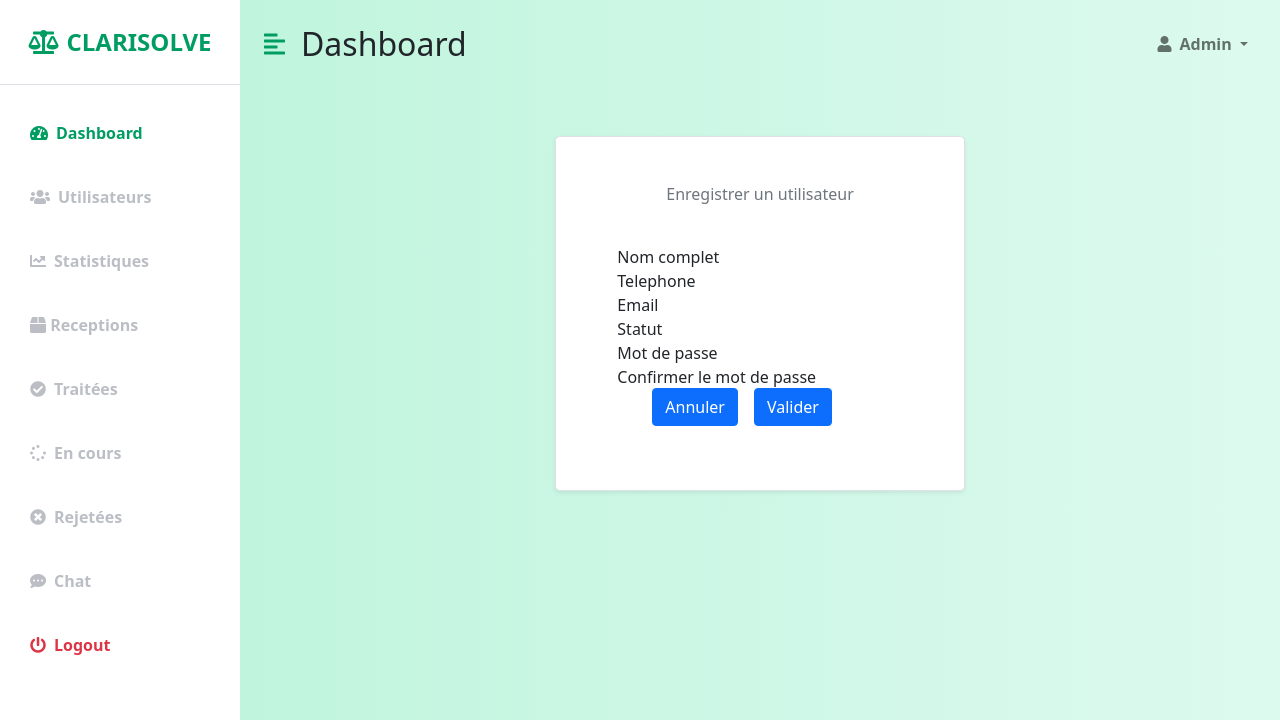
Repository: Senare1/PlaintEasy
Page: accounts/templates/accounts/signup_user.html
An editor plug-in stored every save of this project. The page is shown before and after the next save, followed by the edit.
The browser window is 1280 px wide. The pictures show the whole page.
The template is drawn by Django 4.2. The application's start-up code is not run. Other server files are loaded and not shown. The template is opened directly, without the code that normally fills it, so the values that code supplies are empty.

Above is the page before, as saved 2024-08-10 13:07:05.
Console error: TypeError: Cannot read properties of null (reading 'addEventListener')

### accounts/templates/accounts/signup_user.html
{% extends 'accounts/base.html' %}

{% load static %}
{% block title %} {% endblock %}

{% block content %}

<section class="py-3 py-md-5">
    <div class="container">
      <div class="row justify-content-center">
        <div class="col-12 col-sm-10 col-md-8 col-lg-6 col-xl-5 col-xxl-4">
          <div class="card border border-light-subtle rounded-3 shadow-sm">
            <div class="card-body p-3 p-md-4 p-xl-5">

              <h2 class="fs-6 fw-normal text-center text-secondary mb-4">Enregistrer un utilisateur</h2>
              <form method="POST">
                {% csrf_token %}
                <div class="row gy-2 overflow-hidden">

                    <div class="col-12">
                        <div class="form-floating mb-3">
                            {{ form.full_name }}
                            <label for="id_full_name" class="form-label">Nom complet</label>
                        </div>
                    </div>

                    <div class="col-12">
                        <div class="form-floating mb-3">
                          {{ form.phone }}
                          <label for="id_phone" class="form-label">Telephone</label>
                        </div>
                      </div>


                      <div class="col-12">
                        <div class="form-floating mb-3">
                          {{ form.email }}
                          <label for="id_email" class="form-label">Email</label>
                        </div>
                      </div>

                      <div class="col-12">
                        <div class="form-floating mb-3">
                          {{ form.status }}
                          <label for="id_status" class="form-label">Statut</label>
                        </div>
                      </div>

                    <div class="col-12">
                        <div class="form-floating mb-3">
                        {{ form.password1 }}
                        <label for="id_password1" class="form-label">Mot de passe</label>
                        </div>
                    </div>

                  <div class="col-12">
                    <div class="form-floating mb-3">
                      {{ form.password2 }}
                      <label for="id_password2" class="form-label">Confirmer le mot de passe</label>
                    </div>
                  </div>

                  {% if form.non_field_errors %}
                  <div class="row mt-3">
                      <div class="col-12 alert alert-info alert-dismissible fade show mb-3 rounded-pill w-75" style="color: red;" role="alert">
                          {{ form.non_field_errors }}
                          <button type="button" class="btn-close" data-bs-dismiss="alert" aria-label="Close"></button>
                      </div>
                  </div>
                  {% endif %}
                  <div class="col-12">
                    <div class="d-flex my-3 px-3 mx-3">
                      <button class="btn btn-primary btn-md mx-3" type="reset">Annuler</button>
                      <button class="btn btn-primary btn-md" type="submit">Valider</button>
                    </div>
                  </div>
                </div>
              </form>
            </div>
          </div>
        </div>
      </div>
    </div>
  </section>

{% endblock %}

### accounts/templates/accounts/base.html
{% load static %}
<!DOCTYPE html>
<html lang="en">

<head>
    <meta charset="UTF-8" />
    <meta http-equiv="X-UA-Compatible" content="IE=edge" />
    <meta name="viewport" content="width=device-width, initial-scale=1.0" />
    <link href="https://cdn.jsdelivr.net/npm/bootstrap@5.0.0-beta3/dist/css/bootstrap.min.css" rel="stylesheet" />
    <link rel="stylesheet" href="https://cdnjs.cloudflare.com/ajax/libs/bootstrap-icons/1.10.0/font/bootstrap-icons.min.css">
    <link rel="stylesheet" href="https://cdnjs.cloudflare.com/ajax/libs/font-awesome/5.15.3/css/all.min.css" />

    <link rel="stylesheet" href="{% static 'accounts/css/style.css' %}" />
    <title>{% block title %} {% endblock %}</title>
</head>

<body>
    <div class="d-flex" id="wrapper">
        <!-- Sidebar -->
        <div class="bg-white" id="sidebar-wrapper">
            <div class="sidebar-heading text-center py-4 primary-text fs-4 fw-bold text-uppercase border-bottom"><i
                    class="fa fa-balance-scale me-2"></i>ClariSolve</div>
            <div class="list-group list-group-flush my-3">
                <a href="{% url 'dashboard' %}" class="list-group-item list-group-item-action bg-transparent second-text active"><i
                        class="fas fa-tachometer-alt me-2"></i>Dashboard</a>
                <a href="{% url 'users' %}" class="list-group-item list-group-item-action bg-transparent second-text fw-bold"><i
                        class="fas fa-users me-2"></i>Utilisateurs</a>
                <a href="{% url 'statistics' %}" class="list-group-item list-group-item-action bg-transparent second-text fw-bold"><i
                        class="fas fa-chart-line me-2"></i>Statistiques</a>
                <a href="{% url 'receiving' %}" class="list-group-item list-group-item-action bg-transparent second-text fw-bold">
                        <i class="fas fa-box"></i>
                    Receptions</a>
                <a href="{% url 'treated' %}" class="list-group-item list-group-item-action bg-transparent second-text fw-bold"><i
                        class="fas fa-check-circle me-2"></i>Traitées</a>
                <a href="{% url 'running' %}" class="list-group-item list-group-item-action bg-transparent second-text fw-bold"><i
                        class="fas fa-spinner me-2"></i>En cours</a>
                <a href="{% url 'rejection' %}" class="list-group-item list-group-item-action bg-transparent second-text fw-bold"><i
                        class="fas fa-times-circle me-2"></i>Rejetées</a>
                <a href="{% url 'chat' %}" class="list-group-item list-group-item-action bg-transparent second-text fw-bold"><i
                        class="fas fa-comment-dots me-2"></i>Chat</a>
                <a href="{% url 'logout' %}" class="list-group-item list-group-item-action bg-transparent text-danger fw-bold"><i
                        class="fas fa-power-off me-2"></i>Logout</a>
            </div>
        </div>
        <!-- /#sidebar-wrapper -->

        <!-- Page Content -->
        <div id="page-content-wrapper">
            <nav class="navbar navbar-expand-lg navbar-light bg-transparent py-4 px-4">
                <div class="d-flex align-items-center">
                    <i class="fas fa-align-left primary-text fs-4 me-3" id="menu-toggle"></i>
                    <h2 class="fs-2 m-0">Dashboard</h2>
                </div>

                <button class="navbar-toggler" type="button" data-bs-toggle="collapse"
                    data-bs-target="#navbarSupportedContent" aria-controls="navbarSupportedContent"
                    aria-expanded="false" aria-label="Toggle navigation">
                    <span class="navbar-toggler-icon"></span>
                </button>

                <div class="collapse navbar-collapse" id="navbarSupportedContent">
                    <ul class="navbar-nav ms-auto mb-2 mb-lg-0">
                        <li class="nav-item dropdown">
                            <a class="nav-link dropdown-toggle second-text fw-bold" href="#" id="navbarDropdown"
                                role="button" data-bs-toggle="dropdown" aria-expanded="false">
                                <i class="fas fa-user me-2"></i>Admin
                            </a>
                            <ul class="dropdown-menu" aria-labelledby="navbarDropdown">
                                <li><a class="dropdown-item text-danger" href="{% url 'logout' %}"><i class="fas fa-power-off px-1"></i>Logout</a></li>
                            </ul>
                        </li>
                    </ul>
                </div>
            </nav>
                <!-- /#page-content-wrapper -->
            {% block content %}

            {% endblock %}
        </div>
    </div>
    <script src="https://cdn.jsdelivr.net/npm/bootstrap@5.0.0-beta3/dist/js/bootstrap.bundle.min.js"></script>


    <script>
        var el = document.getElementById("wrapper");
        var toggleButton = document.getElementById("menu-toggle");

        toggleButton.onclick = function () {
            el.classList.toggle("toggled");
        };

        document.getElementById('resetBtn').addEventListener('click', function() {
            document.getElementById('myForm').reset();
        });

    </script>
</body>

</html>

### accounts/static/accounts/css/style.css
:root {
  --main-bg-color: #009d63;
  --main-text-color: #009d63;
  --second-text-color: #bbbec5;
  --second-bg-color: #c1efde;
}

.primary-text {
  color: var(--main-text-color);
}

.second-text {
  color: var(--second-text-color);
}

.primary-bg {
  background-color: var(--main-bg-color);
}

.secondary-bg {
  background-color: var(--second-bg-color);
}

.rounded-full {
  border-radius: 100%;
}

#wrapper {
  overflow-x: hidden;
  background-image: linear-gradient(
    to right,
    #baf3d7,
    #c2f5de,
    #cbf7e4,
    #d4f8ea,
    #ddfaef
  );
}

#sidebar-wrapper {
  min-height: 100vh;
  margin-left: -15rem;
  -webkit-transition: margin 0.25s ease-out;
  -moz-transition: margin 0.25s ease-out;
  -o-transition: margin 0.25s ease-out;
  transition: margin 0.25s ease-out;
}

#sidebar-wrapper .sidebar-heading {
  padding: 0.875rem 1.25rem;
  font-size: 1.2rem;
}

#sidebar-wrapper .list-group {
  width: 15rem;
}

#page-content-wrapper {
  min-width: 100vw;
}

#wrapper.toggled #sidebar-wrapper {
  margin-left: 0;
}

#menu-toggle {
  cursor: pointer;
}

.list-group-item {
  border: none;
  padding: 20px 30px;
}

.list-group-item.active {
  background-color: transparent;
  color: var(--main-text-color);
  font-weight: bold;
  border: none;
}

@media (min-width: 768px) {
  #sidebar-wrapper {
    margin-left: 0;
  }

  #page-content-wrapper {
    min-width: 0;
    width: 100%;
  }

  #wrapper.toggled #sidebar-wrapper {
    margin-left: -15rem;
  }
}


.link-div ,.link-div:hover{
  color: inherit;
}

.form-control {
  border: 1px solid #009d63;
}

After the next save:
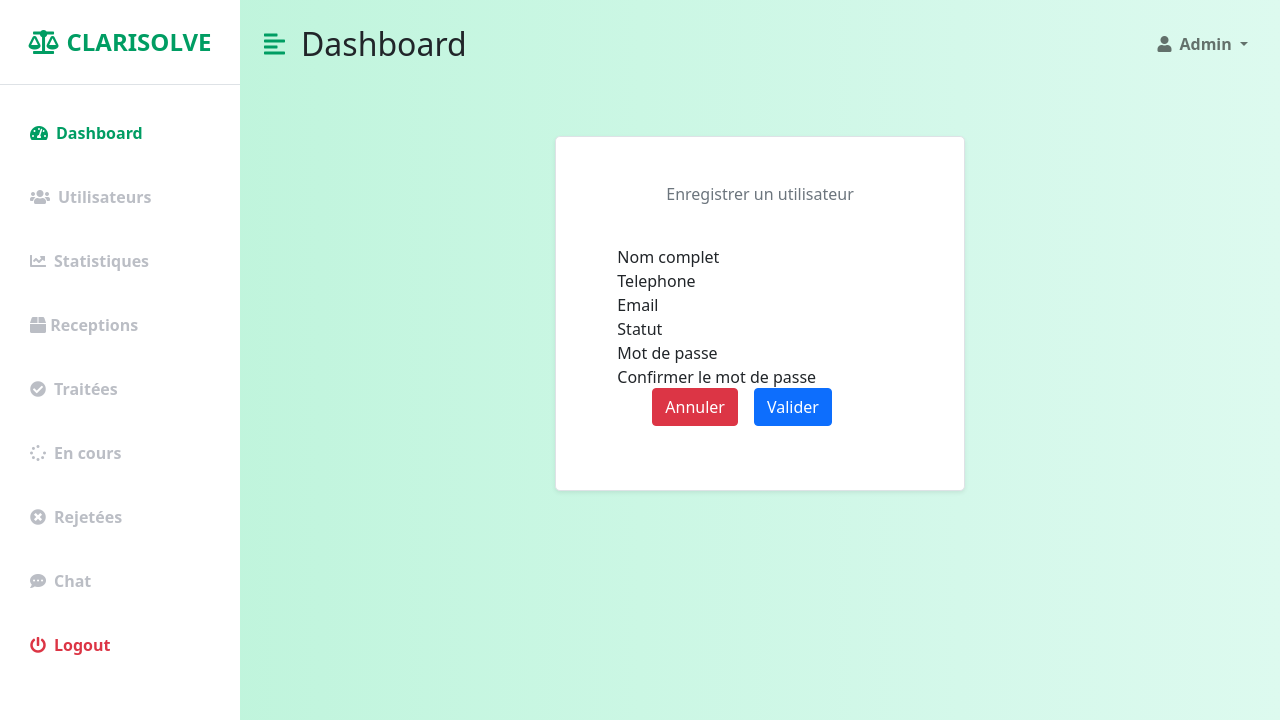
Saved 19 s later.
--- a/accounts/templates/accounts/signup_user.html
+++ b/accounts/templates/accounts/signup_user.html
@@ -70,7 +70,7 @@
                   {% endif %}
                   <div class="col-12">
                     <div class="d-flex my-3 px-3 mx-3">
-                      <button class="btn btn-primary btn-md mx-3" type="reset">Annuler</button>
+                      <button class="btn btn-danger btn-md mx-3" type="reset">Annuler</button>
                       <button class="btn btn-primary btn-md" type="submit">Valider</button>
                     </div>
                   </div>
